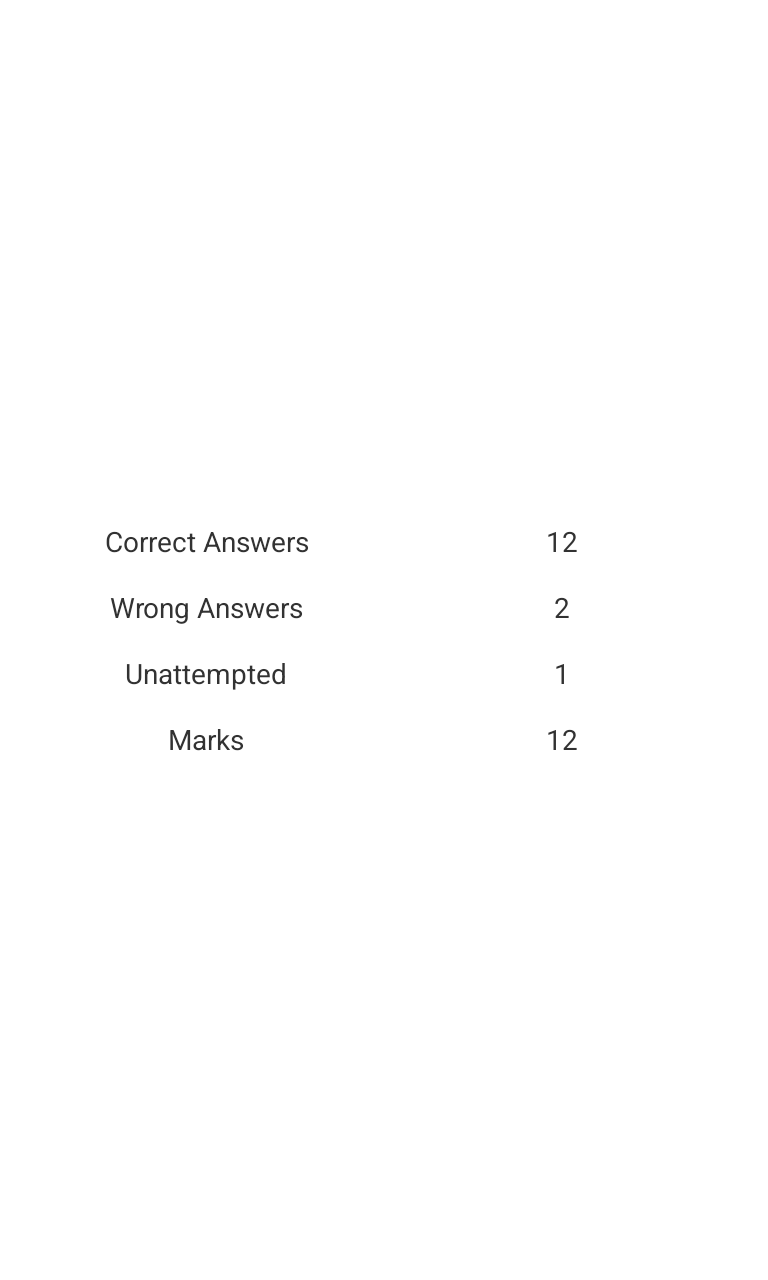
Repository: Harshil737/Career-Launcher
Layout: CareerLauncher/res/layout/activity_test_result_page.xml
These files come from the project's save history. The layout is drawn as it stood at one moment and after the next save; the edit follows.
It is drawn on a 768 x 1280 px phone screen (xhdpi) without system bars, with theme AppTheme; the app's code is not run.

Above is the layout before, as saved 2017-11-04 11:15:34.

### CareerLauncher/res/layout/activity_test_result_page.xml
<RelativeLayout xmlns:android="http://schemas.android.com/apk/res/android"
    xmlns:tools="http://schemas.android.com/tools"
    android:layout_width="match_parent"
    android:layout_height="match_parent"
    android:paddingBottom="@dimen/activity_vertical_margin"
    android:paddingLeft="@dimen/activity_horizontal_margin"
    android:paddingRight="@dimen/activity_horizontal_margin"
    android:paddingTop="@dimen/activity_vertical_margin"
    tools:context=".TestResultPage" >

    <LinearLayout
        android:layout_width="match_parent"
        android:layout_height="wrap_content"
        android:layout_centerVertical="true"
        android:gravity="center_vertical"
        android:orientation="vertical" >

        <LinearLayout
            android:layout_width="match_parent"
            android:layout_height="wrap_content"
            android:layout_margin="7dp"
            android:orientation="horizontal" >

            <TextView
                android:layout_width="0dp"
                android:layout_height="wrap_content"
                android:layout_weight="1"
                android:gravity="center_horizontal"
                android:text="Correct Answers" />

            <TextView
                android:layout_width="0dp"
                android:layout_height="wrap_content"
                android:layout_weight="1"
                android:gravity="center_horizontal"
                android:text="12" />
        </LinearLayout>

        <LinearLayout
            android:layout_width="match_parent"
            android:layout_height="wrap_content"
            android:layout_margin="7dp"
            android:orientation="horizontal" >

            <TextView
                android:layout_width="0dp"
                android:layout_height="wrap_content"
                android:layout_weight="1"
                android:gravity="center_horizontal"
                android:text="Wrong Answers" />

            <TextView
                android:layout_width="0dp"
                android:layout_height="wrap_content"
                android:layout_weight="1"
                android:gravity="center_horizontal"
                android:text="2" />
        </LinearLayout>

        <LinearLayout
            android:layout_width="match_parent"
            android:layout_height="wrap_content"
            android:layout_margin="7dp"
            android:orientation="horizontal" >

            <TextView
                android:layout_width="0dp"
                android:layout_height="wrap_content"
                android:layout_weight="1"
                android:gravity="center_horizontal"
                android:text="Unattempted" />

            <TextView
                android:layout_width="0dp"
                android:layout_height="wrap_content"
                android:layout_weight="1"
                android:gravity="center_horizontal"
                android:text="1" />
        </LinearLayout>

        <LinearLayout
            android:layout_width="match_parent"
            android:layout_height="wrap_content"
            android:layout_margin="7dp"
            android:orientation="horizontal" >

            <TextView
                android:layout_width="0dp"
                android:layout_height="wrap_content"
                android:layout_weight="1"
                android:gravity="center_horizontal"
                android:text="Marks" />

            <TextView
                android:layout_width="0dp"
                android:layout_height="wrap_content"
                android:layout_weight="1"
                android:gravity="center_horizontal"
                android:text="12" />
        </LinearLayout>
    </LinearLayout>

</RelativeLayout>

### CareerLauncher/res/values/styles.xml
<resources>

    <style name="AppBaseTheme" parent="android:Theme.Light"></style>

    <!-- Application theme. -->
    <style name="AppTheme" parent="AppBaseTheme"></style>

</resources>

Loaded but not shown: CareerLauncher/res/values-v11/styles.xml (common file); CareerLauncher/res/values-v14/styles.xml (common file); CareerLauncher/res/values/dimens.xml (common file)

After the next save:
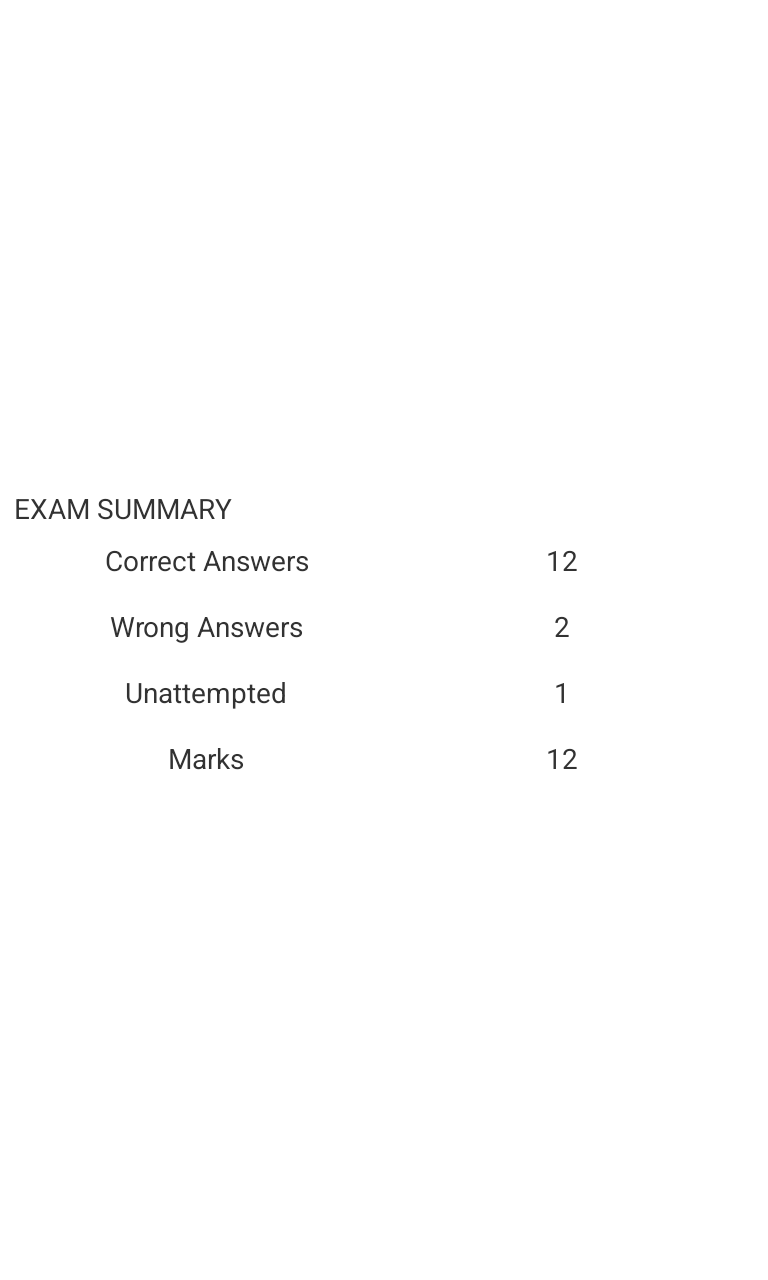
Saved 60 s later.
--- a/CareerLauncher/res/layout/activity_test_result_page.xml
+++ b/CareerLauncher/res/layout/activity_test_result_page.xml
@@ -14,6 +14,11 @@
         android:layout_centerVertical="true"
         android:gravity="center_vertical"
         android:orientation="vertical" >
+
+        <TextView
+            android:layout_width="match_parent"
+            android:layout_height="wrap_content"
+            android:text="EXAM SUMMARY" />
 
         <LinearLayout
             android:layout_width="match_parent"
